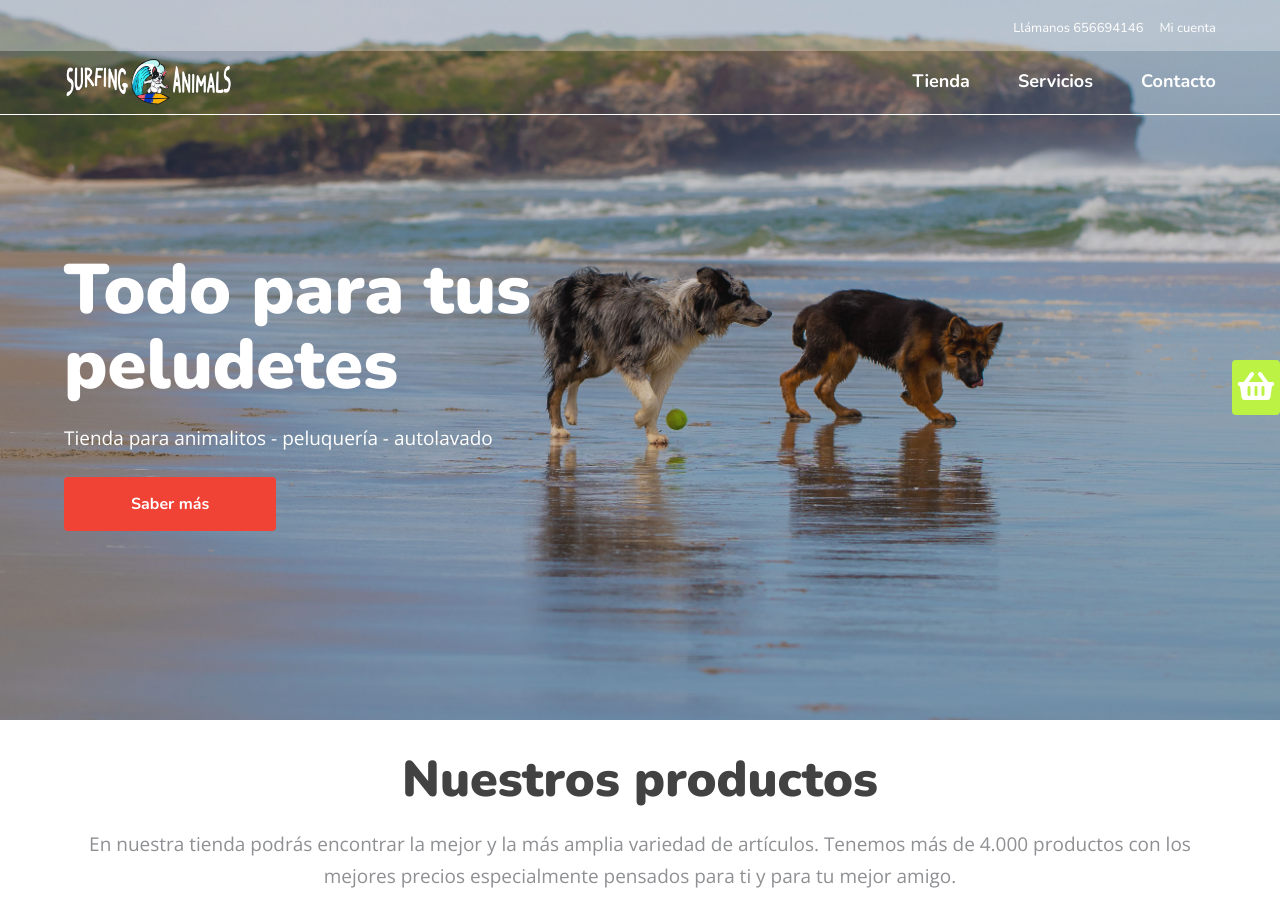
Repository: MarilynCuore/landingVet
Page: index.html
The author's editor kept a copy of each file at every save. The page is drawn from the files as they stood at one save, then again after the next save.
The browser window is 1280 px wide. The pictures show the part of the page from y = 0 to 924 px (the page is 2681 px tall).
Pictures or frames that could not be fetched are drawn as grey boxes. Some web libraries are served in a nearby version. The style sheet was rebuilt from its Sass, Less or Tailwind sources for each picture, by a compiler version that may differ from the author's.

Above is the page before, as saved 2020-05-27 16:03:48.

### index.html
<!DOCTYPE html>
<html lang="en">

<head>
    <meta charset="UTF-8">
    <meta name="viewport" content="width=device-width, initial-scale=1.0">
    <title>Document</title>
    <link rel="stylesheet" href="./main.css">
    <link rel="stylesheet" href="https://cdnjs.cloudflare.com/ajax/libs/font-awesome/5.13.0/css/all.min.css">
    <link rel="stylesheet" href="./swiper-master/package/css/swiper.min.css">
    <script src="./swiper-master/package/js/swiper.js"></script>
    <script src="./main.js"></script>
</head>

<body>
    <a href="http://surfinganimals.tienda.today/#pl" class="store"><i class="fas fa-shopping-basket"></i>
    </a>
    <!--Nav-->
    <nav>
        <div class="top-bar">
            <div class="container">
                <ul>
                    <li>
                        <a href="tel:+34656694146">Llámanos 656694146</a>
                    </li>
                    <li>
                        <a href="">Mi cuenta</a>
                    </li>
                </ul>
            </div>
        </div>
        <div class="bottom-bar">
            <div class="container">
                <ul>
                    <li>
                        <a href="">
                            <img class="logo" src="./assets/white.png" width="170">
                        </a>
                    </li>
                </ul>
                <ul>
                    <li>
                        <a href="http://surfinganimals.tienda.today/#pl">Tienda</a>
                    </li>
                    <li>
                        <a href="">Servicios</a>
                    </li>
                    <li>
                        <a href="">Contacto</a>
                    </li>
                </ul>
            </div>

        </div>

    </nav>
    <a href=""></a>
    <header>
        <div class="container">
            <h1>Todo para tus peludetes</h1>
            <p>Tienda para animalitos - peluquería - autolavado</p>
            <a href="">Saber más</a>
        </div>

    </header>

    <section>
        <div class="container">
            <div class="title">
                <h2>Nuestros productos</h2>
                <p>En nuestra tienda podrás encontrar la mejor y la más amplia variedad de artículos. Tenemos más de
                    4.000 productos con los mejores precios especialmente pensados para ti y para tu mejor amigo.</p>
            </div>
            <div class="grid">
                <div class="grid__container">
                    <div class="title">
                        <strong><a href="">Saber más</a></strong>
                        <span>Perros</span>
                    </div>
                </div>
                <div class="grid__container">
                    <div class="title">
                        <strong><a href="">Saber más</a></strong>
                        <span>Gatos</span>
                    </div>
                </div>
                <div class="grid__container">
                    <div class="title">
                        <strong><a href="">Saber más</a></strong>
                        <span>Otros</span>
                    </div>
                </div>
            </div>
        </div>
    </section>
    <div class="swiper-container">
        <div class="swiper-wrapper">
            <div class="swiper-slide">
                <h1>Apertura <span>1 de junio</span> 2020</h1>
            </div>
            <div class="swiper-slide">
                <h1>LIBRE DE <span>COVID 19</span> <br> Desinfectamos diariamente con ozono</h1>
            </div>
            <div class="swiper-slide">
                <h1>PROMOCIÓN <span>20%</span> DE DESCUENTO <br> En todos los servicios de peluquería <br>
                    <small>(válido del 1 al 30 de junio del 2020)</small>
                </h1>
            </div>
        </div>
        <!-- If we need pagination -->
        <div class="swiper-pagination"></div>
        <!-- If we need navigation buttons -->
        <div class="swiper-button-prev"></div>
        <div class="swiper-button-next"></div>

    </div>
    <section>
        <div class="one">
            <div class="content container">
                <h3>Encuéntranos o ponte en contacto</h3>
                <div>
                    <p>Avenida de Xixo, 2  03502 Benidorm (Alicante)</p>
                    <a href="mailto:surfinganimalss@gmail.com">surfinganimalss@gmail.com</a>
                </div>
            </div>

        </div>
        <div class="two">
            <iframe
                src="https://www.google.com/maps/embed?pb=!1m18!1m12!1m3!1d3120.8457343049804!2d-0.1457208846487158!3d38.53732407962783!2m3!1f0!2f0!3f0!3m2!1i1024!2i768!4f13.1!3m3!1m2!1s0xd6204ce21245b81%3A0x5f329e0837acba10!2sAv.%20de%20Xixo%2C%202%2C%2003502%20Benidorm%2C%20Alicante!5e0!3m2!1ses!2ses!4v1590587822683!5m2!1ses!2ses"
                width="100%" height="450" frameborder="0" style="border:0;" allowfullscreen="" aria-hidden="false"
                tabindex="0"></iframe>
        </div>
    </section>
    <footer>
        <div class="container">
            <div>
                <ul>
                    <li>
                        <a href="">
                            <img src="./assets/footer.png" alt="" width="100">
                        </a>

                    </li>
                    <li>
                        <p>Lorem ipsum dolor sit amet, <br> consectetur adipiscing elit. </p>
                    </li>
                </ul>
            </div>
            <div>
                <h5>Lorem ipsun</h5>
                <ul>
                    <li>
                        <a href="">Lorem ipsun</a>
                    </li>
                    <li>
                        <a href="">Lorem ipsun</a>
                    </li>
                    <li>
                        <a href="">Lorem ipsun</a>
                    </li>
                    <li>
                        <a href="">Lorem ipsun</a>
                    </li>
                </ul>
            </div>
            <div>
                <h5>Lorem ipsun</h5>
                <ul>
                    <li>
                        <a href="">Lorem ipsun</a>
                    </li>
                    <li>
                        <a href="">Lorem ipsun</a>
                    </li>
                </ul>
            </div>
            <div>
                <h5>Instagram</h5>
                <div class="grid">
                    <a href=""></a>
                    <a href=""></a>
                    <a href=""></a>
                    <a href=""></a>
                    <a href=""></a>
                    <a href=""></a>
                </div>
            </div>
        </div>
    </footer>
</body>

</html>

### main.js
window.onload = () => {
    window.addEventListener('scroll', e => {

        const scroll = window.scrollY;
        const logo = document.querySelector('img.logo')
        if(scroll > 150) {
            document.querySelector('nav').classList.add("active")
            logo.src = "./assets/red.png"
        }else {
            document.querySelector('nav').classList.remove('active')
            logo.src = "./assets/white.png"
        }
    })

    var options = {
        loop: false,
        // If we need pagination
        pagination: {
        el: '.swiper-pagination',
        },

        // Navigation arrows
        navigation: {
        nextEl: '.swiper-button-next',
        prevEl: '.swiper-button-prev',
        },
        autoplay: {
            delay: 5000,
          },
    }
    var swiper = new Swiper('.swiper-container', options);
}

### main.scss
@import url("https://fonts.googleapis.com/css2?family=Nunito:ital,wght@0,200;0,300;0,400;0,600;0,700;0,800;0,900;1,200;1,300;1,400;1,600;1,700;1,800;1,900&display=swap");
@import url("https://fonts.googleapis.com/css2?family=Open+Sans:ital,wght@0,300;0,400;0,600;0,700;0,800;1,300;1,400;1,600;1,700;1,800&display=swap");
$color-primary: #f04336;
:root {
  --swiper-theme-color: #bbf243 !important;
}
.container {
  max-width: 90%;
  margin: 0 auto;
}
.store {
  position: fixed;
  right: 0;
  top: 50%;
  color: white;
  background-color: #bbf243;
  border-color: #ffffff;
  padding: 5px;
  text-decoration: none;
  font-weight: bold;
  font-family: "Nunito", sans-serif;
  border: 1px solid transparent;
  overflow: hidden;
  border-radius: 4px;
  font-size: 2rem;
  z-index: 999999999999;
}
.active {
  z-index: 10000;
  .top-bar {
    display: none;
  }
  background-color: white !important;
  .bottom-bar {
    padding-top: 0 !important;
    border-bottom: none !important;
  }
  ul {
    li {
      a {
        color: #adadad !important;
      }
    }
  }
}

nav {
  &.active {
    padding: 0;
  }
  background: transparent;
  position: fixed;
  left: 0;
  width: 100%;
  z-index: 10;
  border-bottom: solid 0.5px white;
  padding-top: 1rem;
  padding-bottom: 0;
  transition: all 0.3s ease-in-out;
  .top-bar {
    background-color: rgba(white, 0.3);
    position: fixed;
    top: 0;
    width: 100%;
    height: 35px;
    font-size: 13px;
    line-height: 1;
    z-index: 110;
    padding-top: 1rem;
    .container {
      margin-top: 5px;
      ul {
        display: flex;
        align-items: center;
        justify-content: flex-end;
        margin: 0px !important;
        li {
          list-style: none;
          a {
            text-decoration: none;
            color: white;
            font-size: 13px;
            font-weight: normal;
            font-family: "Nunito", sans-serif;
            &:hover {
              color: $color-primary;
            }
          }
          &:nth-of-type(1) {
            padding-right: 1rem;
          }
        }
      }
    }
  }
  .bottom-bar {
    padding-top: 2rem;
    .container {
      display: flex;
      align-items: center;
      justify-content: space-between;
      ul {
        width: 100%;
        margin: 0;
        padding-left: 0px;
        &:nth-of-type(2) {
          display: flex;
          align-self: center;
          justify-content: flex-end;
          li {
            padding-right: 3rem;
            &:last-child {
              padding-right: 0px !important;
            }
          }
        }
        li {
          list-style: none;
          a {
            text-decoration: none;
            color: white;
            font-size: 18px;
            font-weight: bold;
            font-family: "Nunito", sans-serif;
            img {
              padding-top: 0.5rem;
            }
            &:hover {
              color: $color-primary;
            }
          }
        }
      }
    }
  }
}
header {
  background-image: url("./assets/bg-vet.jpg");
  background-size: cover;
  background-position: bottom;
  background-repeat: no-repeat;
  height: 100vh;
  width: 100vw;
  position: relative;
  .container {
    padding-top: 2em;
    height: 100%;
    display: flex;
    flex-direction: column;
    align-items: flex-start;
    justify-content: center;

    h1 {
      z-index: 9;
      visibility: visible;
      text-align: left;
      line-height: 75px;
      letter-spacing: 0px;
      font-weight: 900;
      font-size: 70px;
      border-color: rgb(143, 144, 147);
      border-style: none;
      margin: 0px;
      padding: 0px;
      color: white;
      white-space: normal;
      width: 645px;
      height: auto;
      font-family: "Nunito", sans-serif;
    }
    p {
      z-index: 10;
      font-family: "Open Sans";
      visibility: visible;
      text-align: left;
      line-height: 30px;
      letter-spacing: 0px;
      font-weight: 400;
      font-size: 19px;
      border-color: rgb(143, 144, 147);
      border-style: none;
      margin: 0px;
      padding: 0px;
      color: white;
      white-space: normal;
      width: 639px;
      height: auto;
      padding-top: 1.2rem;
      padding-bottom: 1.5rem;
      font-family: "Open Sans", sans-serif;
    }
    a {
      color: white;
      background-color: $color-primary;
      border-color: #ffffff;
      padding: 15px 66px;
      text-decoration: none;
      font-weight: bold;
      font-family: "Nunito", sans-serif;
      border: 1px solid transparent;
      overflow: hidden;
      border-radius: 4px;
    }
  }
}
.swiper-container {
  .swiper-slide {
    font-family: "Nunito", sans-serif;
    display: flex;
    justify-content: center;
    align-items: center;
    color: white;
    height: 400px;
    background-size: cover;
    background-position: center;
    background-color: rgba(#3e3e3e, 0.2);
    background-blend-mode: lighten;
    h1 {
      font-size: 40px;
      width: 80%;
      text-align: center;
      span {
        transform: translateY(-6px);
        display: inline-block;
        z-index: 1;
        background: $color-primary;
        padding: 5px 15px;
        color: white;
        font-size: 22px;
        clip-path: polygon(0 0, 100% 0, 90% 100%, 10% 100%);
        font-family: "Nunito", sans-serif;
        font-size: 1.3rem;
        font-weight: bold;
        transition: all 0.5s ease;
      }
      small {
        font-size: 16px;
      }
    }
    &:nth-child(1) {
      background-image: url("https://images.unsplash.com/photo-1554149944-5ca79e771636?ixlib=rb-1.2.1&ixid=eyJhcHBfaWQiOjEyMDd9&auto=format&fit=crop&w=1950&q=80");
    }
    &:nth-child(2) {
      background-image: url("https://images.unsplash.com/photo-1587131593450-168211a8c312?ixlib=rb-1.2.1&ixid=eyJhcHBfaWQiOjEyMDd9&auto=format&fit=crop&w=2000&q=80");
    }
    &:nth-child(3) {
      background-image: url("https://images.unsplash.com/photo-1516734212186-a967f81ad0d7?ixlib=rb-1.2.1&ixid=eyJhcHBfaWQiOjEyMDd9&auto=format&fit=crop&w=1951&q=80");
    }
  }
}
section {
  &:nth-of-type(1) {
    padding-bottom: 3.5rem;
    .container {
      .title {
        h2 {
          font-size: 50px;
          line-height: 1.1em;
          text-align: center;
          color: #424242;
          font-weight: bold;
          margin: 0;
          padding: 0;
          padding-top: 2rem;
          padding-bottom: 1.3rem;
          font-family: "Nunito", sans-serif;
          font-weight: 900;
        }
        p {
          color: #8f9093;
          font-size: 19px;
          line-height: 32px;
          text-align: center;
          margin: 0;
          padding: 0;
          font-family: "Open Sans", sans-serif;
        }
      }
      .grid {
        padding-top: 2rem;
        height: 500px;
        position: relative;
        max-width: 100%;
        margin: 0 auto;
        display: flex;
        &__container {
          background-size: cover;
          background-position: center;
          background-repeat: no-repeat;
          padding: 20px;
          display: grid;
          place-items: center;
          text-align: center;
          color: white;
          transition: 0.3s;
          border-radius: 6px;
          display: flex;
          align-items: flex-end;
          flex: 1 1 auto;
          transition: 0.5s;
          &:hover {
            flex: 2 1 auto;
          }
          .title {
            margin-bottom: 2em;
            display: flex;
            justify-content: center;
            width: 100%;
            position: relative;
            cursor: pointer;
            &:hover {
              strong {
                top: -35px;
                opacity: 1;
                color: black;
                border-radius: 0;
                transform: scale(1);
              }
            }
            strong {
              transition: all 0.5s ease;
              overflow: hidden;
              opacity: 1;
              display: block;
              position: absolute;
              top: 5px;
              z-index: 0;
              transform: scale(0);
              padding: 5px 10px;
              background: white;
              color: white;
              font-family: "Nunito", sans-serif;
              a {
                color: $color-primary;
                text-decoration: none;
                cursor: pointer;
              }
              &:hover {
                & + span {
                  background-color: $color-primary;
                  color: white;
                }
              }
            }
            span {
              z-index: 1;
              background: white;
              padding: 5px 15px;
              color: $color-primary;
              font-size: 18px;
              clip-path: polygon(0 0, 100% 0, 90% 100%, 10% 100%);
              font-family: "Nunito", sans-serif;
              font-size: 1.3rem;
              font-weight: bold;
              transition: all 0.5s ease;
              &:hover {
                background: $color-primary;
                color: white;
              }
            }
          }
          &:nth-child(1) {
            margin-right: 10px;
            background-image: url("https://images.unsplash.com/photo-1504826260979-242151ee45b7?ixlib=rb-1.2.1&ixid=eyJhcHBfaWQiOjEyMDd9&auto=format&fit=crop&w=934&q=80");
            background-position: bottom;
          }
          &:nth-child(2) {
            margin-right: 10px;
            background-image: url("https://images.unsplash.com/photo-1574231164645-d6f0e8553590?ixlib=rb-1.2.1&ixid=eyJhcHBfaWQiOjEyMDd9&auto=format&fit=crop&w=1035&q=80");
          }
          &:nth-child(3) {
            margin-right: 10px;
            background-image: url("https://images.unsplash.com/photo-1529040274442-815019b0e4fc?ixlib=rb-1.2.1&auto=format&fit=crop&w=933&q=80");
          }
        }
      }
    }
  }
  &:nth-of-type(2) {
    display: flex;
    width: 100%;
    justify-content: space-between;
    width: 100%;
    .one {
      width: 50%;
      background-color: #ededed;
      .content {
        display: flex;
        flex-direction: column;
        align-items: center;
        justify-content: center;
        height: 100%;
        h3 {
          color: #424242;
          font-family: "Nunito", sans-serif;
          font-weight: 900;
          text-align: center;
          word-wrap: break-word;
          font-size: 40px;
          margin: 0;
          padding: 0;
        }
        div {
          display: flex;
          flex-direction: column;
          justify-content: center;
          align-items: center;
          p {
            font-size: 15px;
            font-weight: 400;
            line-height: 25px;
            color: #8f9093;
            font-family: "Open Sans";
            text-align: center;
          }
          a {
            font-size: 15px;
            font-weight: bold;
            line-height: 25px;
            color: $color-primary;
            font-family: "Open Sans";
            text-decoration: none;
          }
        }
      }
    }
    .two {
      width: 50%;
      iframe {
        display: block;
      }
    }
  }
}
footer {
  .container {
    display: flex;
    justify-content: space-between;
    align-items: flex-start;
    padding-top: 3rem;
    padding-bottom: 2rem;
    div {
      width: 33%;
      h5 {
        color: #4a4a4a;
        font-weight: 900;
        font-family: "Nunito", sans-serif;
        font-size: 24px;
        margin: 0;
      }
      ul {
        padding: 0px;
        li {
          list-style: none;
          p {
            color: #8f9093;
            text-align: left;
            font-family: "Open Sans";
            font-size: 15px;
            font-weight: 400;
            line-height: 25px;
            margin: 34px 0px 0px;
          }
          a {
            color: #8f9093;
            text-decoration: none;
            font-size: 15px;
            font-weight: 400;
            line-height: 25px;
            font-family: "Open Sans";
            &:hover {
              color: $color-primary;
            }
          }
        }
      }
      .grid {
        display: flex;
        align-items: center;
        justify-content: flex-start;
        flex-wrap: wrap;
        width: 100%;
        padding-top: 1rem;
        a {
          width: calc(33% - 2px);
          height: 85px;
          margin: 1px;
          background-size: cover;
          background-position: center;
          background-repeat: no-repeat;
          &:hover {
            transition: all 0.1s ease;
            transform: scale(0.9) rotate(10deg);
          }
          &:nth-of-type(1) {
            background-image: url("https://images.unsplash.com/photo-1494256997604-768d1f608cac?ixlib=rb-1.2.1&ixid=eyJhcHBfaWQiOjEyMDd9&auto=format&fit=crop&w=2001&q=80");
          }
          &:nth-of-type(2) {
            background-image: url("https://images.unsplash.com/photo-1507146426996-ef05306b995a?ixlib=rb-1.2.1&ixid=eyJhcHBfaWQiOjEyMDd9&auto=format&fit=crop&w=1950&q=80");
          }
          &:nth-of-type(3) {
            background-image: url("https://images.unsplash.com/photo-1536612125961-dca53f20363d?ixlib=rb-1.2.1&auto=format&fit=crop&w=1950&q=80");
          }
          &:nth-of-type(4) {
            background-image: url("https://images.unsplash.com/photo-1586326709898-0a344840a314?ixlib=rb-1.2.1&auto=format&fit=crop&w=1950&q=80");
          }
          &:nth-of-type(5) {
            background-image: url("https://images.unsplash.com/photo-1518794183325-56eed2af11fa?ixlib=rb-1.2.1&ixid=eyJhcHBfaWQiOjEyMDd9&auto=format&fit=crop&w=1867&q=80");
          }
          &:nth-of-type(6) {
            background-image: url("https://images.unsplash.com/photo-1425082661705-1834bfd09dca?ixlib=rb-1.2.1&ixid=eyJhcHBfaWQiOjEyMDd9&auto=format&fit=crop&w=1955&q=80");
          }
        }
      }
    }
  }
}
body {
  margin: 0;
  padding: 0;
}
@media only screen and (max-width: 646px) {
  header {
    .container {
      align-items: center !important;
      h1 {
        text-align: center !important;
      }
      p {
        text-align: center !important;
      }
    }
  }
  section {
    &:nth-of-type(1) {
      .container {
        .grid {
          flex-direction: column;
          &__container {
            &:nth-of-type(1) {
              margin-bottom: 10px;
              padding-left: 0px !important;
            }
            &:nth-of-type(2) {
              margin-bottom: 10px;
              padding-left: 0px !important;
            }
          }
        }
      }
    }
    &:nth-of-type(2) {
      flex-direction: column;
      .one {
        width: 100% !important;
        padding-top: 1rem;
        padding-bottom: 1rem;
      }
      .two {
        width: 100% !important;
      }
    }
  }
  footer {
    .container {
      flex-direction: column;
      div {
        width: 100% !important;
        ul {
          display: flex;
          flex-direction: column;
          align-items: center;
          justify-content: center;
        }
        h5 {
          text-align: center;
        }
      }
    }
  }
}

Loaded but not shown: swiper-master/package/css/swiper.min.css (library); swiper-master/package/js/swiper.js (library)

After the next save:
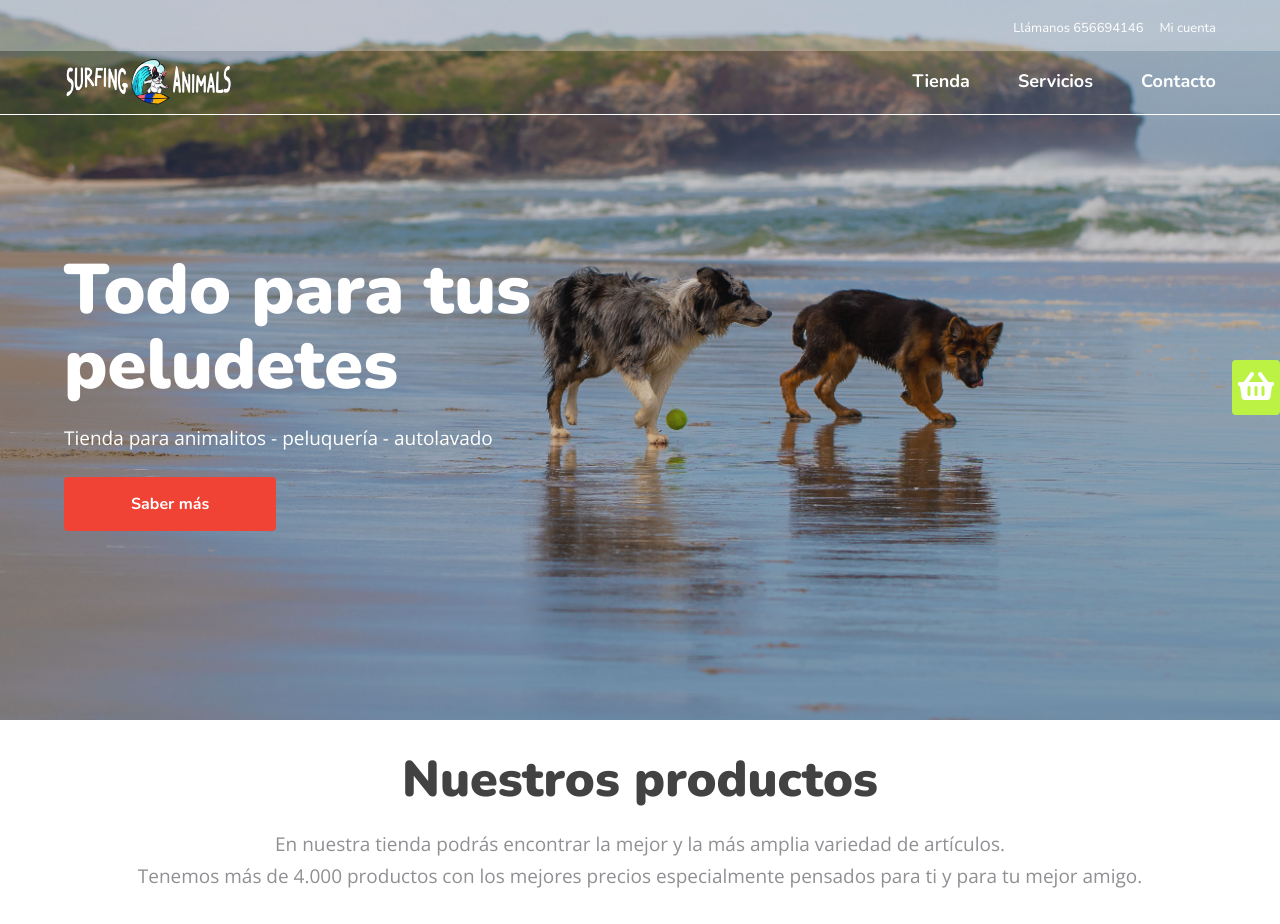
Saved 73 s later.
--- a/index.html
+++ b/index.html
@@ -68,7 +68,7 @@
         <div class="container">
             <div class="title">
                 <h2>Nuestros productos</h2>
-                <p>En nuestra tienda podrás encontrar la mejor y la más amplia variedad de artículos. Tenemos más de
+                <p>En nuestra tienda podrás encontrar la mejor y la más amplia variedad de artículos. <br>Tenemos más de
                     4.000 productos con los mejores precios especialmente pensados para ti y para tu mejor amigo.</p>
             </div>
             <div class="grid">
